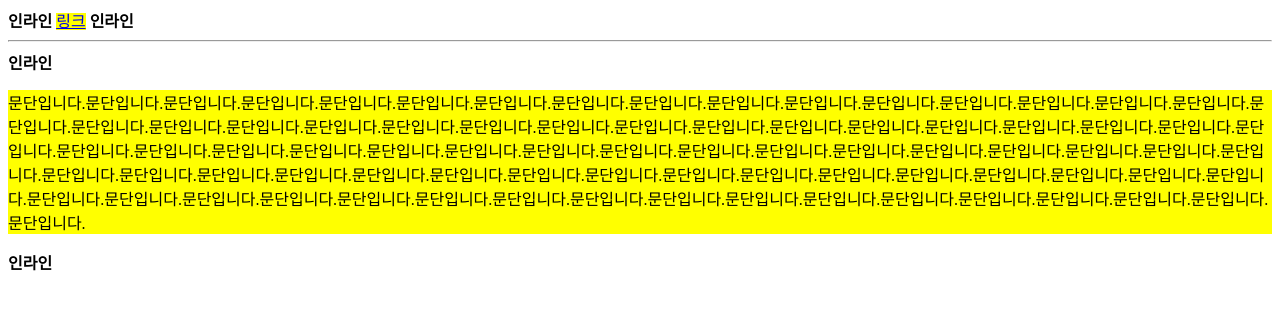
Repository: ssj5037/Class-Study
Page: [5] HTML, CSS, JavaScript/ClientTest/WebContent/Ex12_tag.html
These files come from the project's save history. The page is drawn as it stood at one moment and after the next save; the edit follows.
The browser window is 1280 px wide. The pictures show the whole page.

Above is the page before, as saved 2020-06-19 03:19:26.

After the next save:
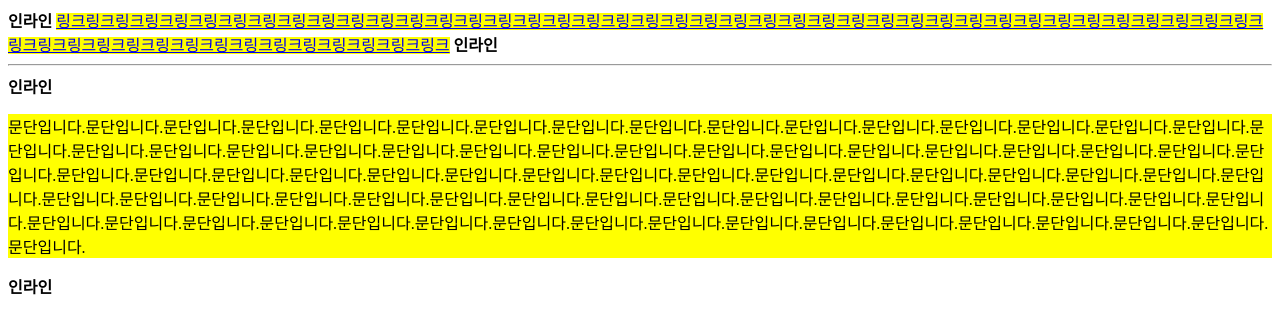
Saved 31 s later.
--- a/[5] HTML, CSS, JavaScript/ClientTest/WebContent/Ex12_tag.html
+++ b/[5] HTML, CSS, JavaScript/ClientTest/WebContent/Ex12_tag.html
@@ -29,7 +29,7 @@
 	-->
 
 	<b>인라인</b>
-	<a href="#" style="background-color:yellow">링크</a>
+	<a href="#" style="background-color:yellow">링크링크링크링크링크링크링크링크링크링크링크링크링크링크링크링크링크링크링크링크링크링크링크링크링크링크링크링크링크링크링크링크링크링크링크링크링크링크링크링크링크링크링크링크링크링크링크링크링크링크링크링크링크링크링크링크</a>
 	<strong>인라인</strong>
 
 	<hr>

After the save that followed:
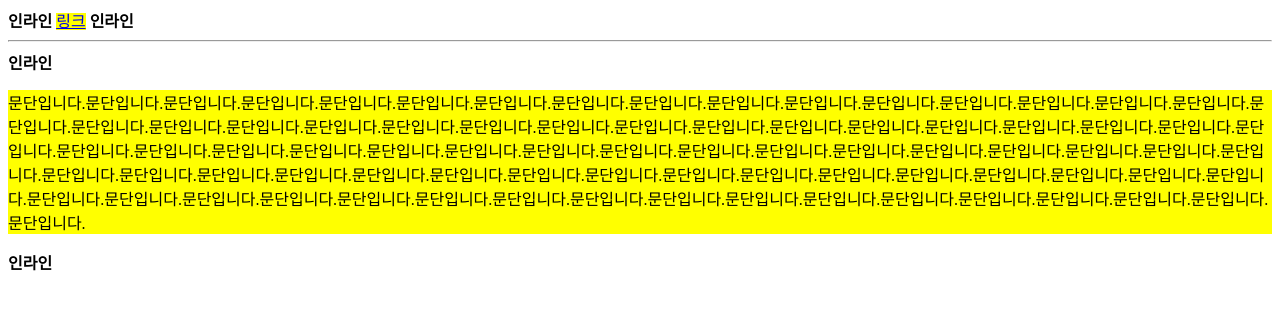
Saved 96 s later.
--- a/[5] HTML, CSS, JavaScript/ClientTest/WebContent/Ex12_tag.html
+++ b/[5] HTML, CSS, JavaScript/ClientTest/WebContent/Ex12_tag.html
@@ -25,11 +25,12 @@
 		- 자신의 내용물을 주변 태그의 내용물과 다른 라인에 출력한다.
 		- 자신이 현재 라인을 독점한다. > 영역의 너비가 항상 100%이다.
 		- 영역의 높이는 항상 내용물 크기와 같다.
+		- 구조 역할(뼈대 역할)
 
 	-->
 
 	<b>인라인</b>
-	<a href="#" style="background-color:yellow">링크링크링크링크링크링크링크링크링크링크링크링크링크링크링크링크링크링크링크링크링크링크링크링크링크링크링크링크링크링크링크링크링크링크링크링크링크링크링크링크링크링크링크링크링크링크링크링크링크링크링크링크링크링크링크링크</a>
+	<a href="#" style="background-color:yellow">링크</a>
 	<strong>인라인</strong>
 
 	<hr>
